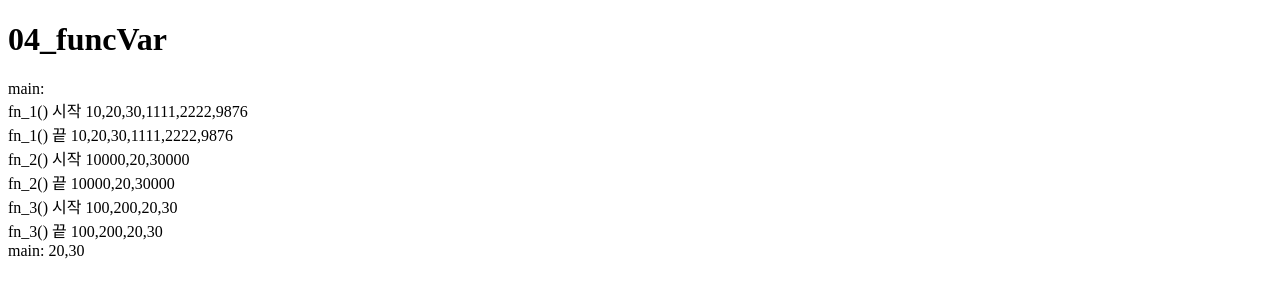
Repository: psun2/Korea-IT-Academy
Page: (back up) _ 오전/study_a/web_work/scriptProj/WebContent/array/04_funcVar.html
An editor plug-in stored every save of this project. The page is shown before and after the next save, followed by the edit.
The browser window is 1280 px wide. The pictures show the whole page.

Above is the page before, as saved 2020-08-03 04:31:03.

After the next save:
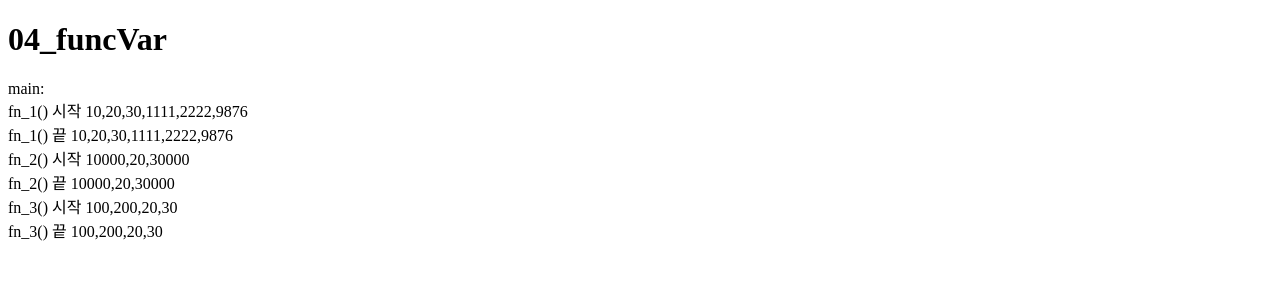
Console error: ReferenceError: aa is not defined
Saved 20 s later.
--- a/(back up) _ 오전/study_a/web_work/scriptProj/WebContent/array/04_funcVar.html
+++ b/(back up) _ 오전/study_a/web_work/scriptProj/WebContent/array/04_funcVar.html
@@ -43,7 +43,7 @@ fn_1()
 fn_2()
 fn_3(100,200)
 
-document.write("main: "+b+","+c+"<br>")  //전역변수가 접근
+document.write("main: "+aa+","+bb+","+b+","+c+"<br>")  //전역변수가 접근
 </script>
 </body>
 </html>
